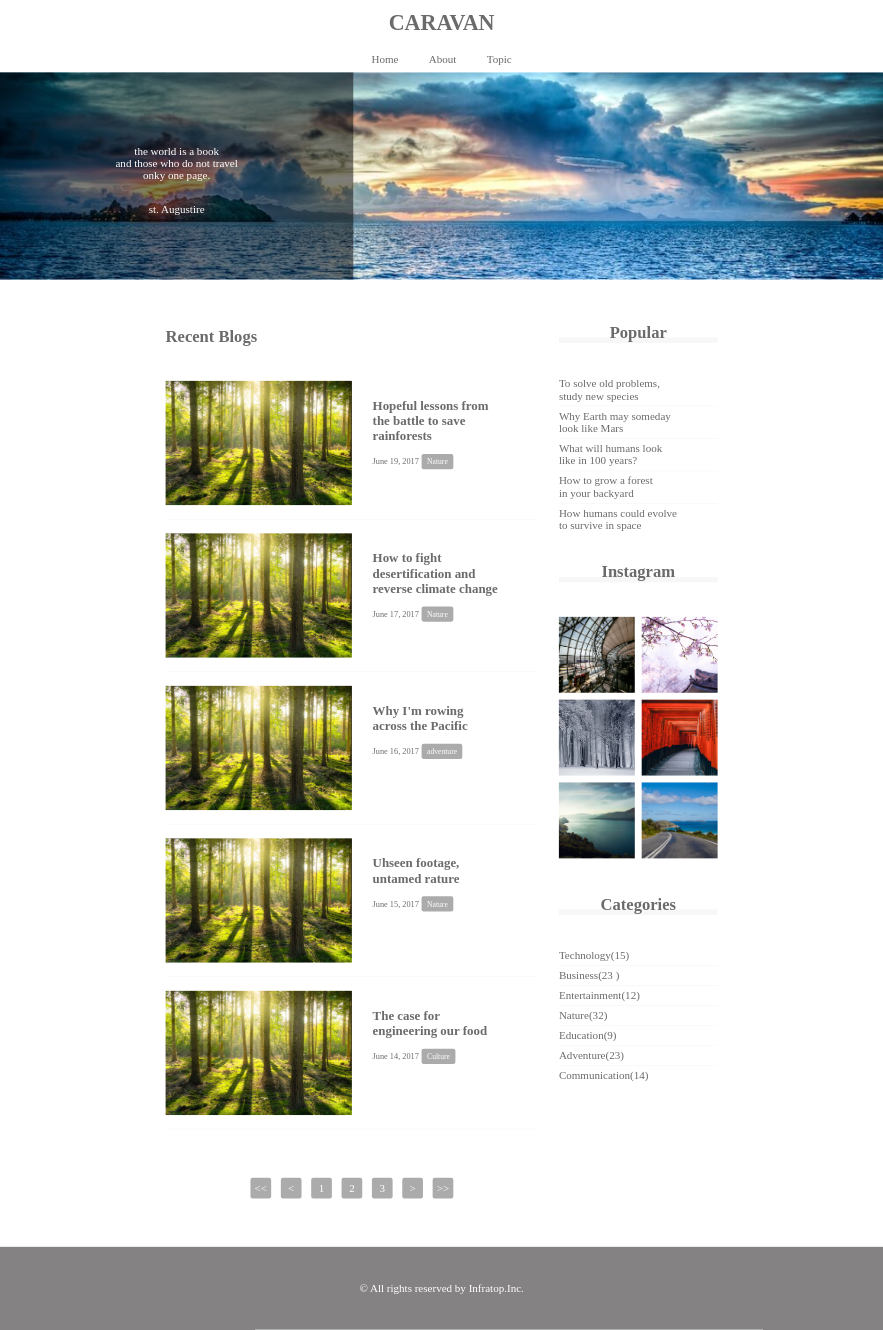
Repository: ishidaryu/ishidaryu
Page: caravan/index.html
The author's editor kept a record of every edit. The page is drawn from the files as they stood at one moment, then again after the next edit.
The browser window is 1280 px wide. The pictures show the whole page, at 69% of full size.

Above is the page before.

### caravan/index.html
<!DOCTYPE html>
<html lang="ja">

  <head>
      <meta charset="utf-8" />
      <link rel="stylesheet" href="style.css" />
      <title>CARAVAN</title>

  </head>

  <body>


    <header>
      <h1 class="heading">
        <a href="index.html">
        CARAVAN
        </a>
        </h1>
    </header>

    <nav>
      <ul class="nav-list">
        <li class="nav-list-item">
          <a href="index.html">Home</a>
        </li>
        <li class="nav-list-item">About</li>
        <li class="nav-list-item">Topic</li>
      </ul>
    </nav>

    <div class="main-visual">
        <div class="main-visual-content">
          <p class="main-visual-text">
            the world is a book<br />
            and those who do not travel<br />
            onky one page.
          </p>
          <p class="main-visual-name">
            st. Augustire
          </p>
        </div>
    </div>

    <main>
      <section class="blog">
        <h2 class="blog-heading">Recent Blogs</h2>
        <div class="blog-box"></div>
        <div class="blog-item">
          <img class="blog-image" src="img/forest.jpg" />
          <section class="blog-text">
            <h3 class="blog-text-heading">
              <a href="single.html">
                Hopeful lessons from<br />
                the battle to save<br />
                rainforests
              </a>
            </h3>
            <p class="blog-date">June 19, 2017</p>
            <span class="category">Nature</span>
          </section>
        </div>


        <div class="blog-item">
          <img class="blog-image" src="img/forest.jpg" />
          <section class="blog-text">
            <h3 class="blog-text-heading">
              <a href="single.html">
                How to fight<br />
                desertification  and<br />
                reverse climate change
              </a>
            </h3>
            <p class="blog-date">June 17, 2017</p>
            <span class="category">Nature</span>
          </section>
        </div>


        <div class="blog-item">
          <img class="blog-image" src="img/forest.jpg">
          <section class="blog-text">
            <h3 class="blog-text-heading">
              <a href="single.html">
                Why I'm rowing<br />

                across the Pacific
              </a>
            </h3>
            <p class="blog-date">June 16, 2017</p>
            <span class="category">adventure</span>
          </section>
        </div>


        <div class="blog-item">
          <img class="blog-image" src="img/forest.jpg">
          <section class="blog-text">
            <h3 class="blog-text-heading">
              <a href="single.html">
                Uhseen footage,<br />
                untamed rature
              </a>
            </h3>
            <p class="blog-date">June 15, 2017</p>
            <span class="category">Nature</span>
          </section>
        </div>


        <div class="blog-item">
          <img class="blog-image" src="img/forest.jpg">
          <section class="blog-text">
            <h3 class="blog-text-heading">
              <a href="single.html">
                The case for<br />
                engineering our food
              </a>
            </h3>
            <p class="blog-date">June 14, 2017</p>
            <span class="category">Culture</span>
          </section>
        </div>

        <div class="pagination">
          <p><<</p>
          <p><</p>
          <p>1</p>
          <p>2</p>
          <p>3</p>
          <p>></p>
          <p>>></p>
        </div>


        </section>

      <div class="sidebar">
        <section class="popular">
          <h2 class="popular-heading common-heading">Popular</h2>
          <div class="sidebar-contents">
            <p class="popular-text">To solve old problems,<br>study new species</p>
            <p class="popular-text">Why Earth may someday<br>look like Mars</p>
            <p class="popular-text">What will humans look<br>like in 100 years?</p>
            <p class="popular-text">How to grow a forest<br>in your backyard</p>
            <p class="popular-text">How humans could evolve<br>to survive in space</p>
          </div>
        </section>
        <section class="instagram">
          <h2 class="instagram-heading common-heading">Instagram</h2>
          <div class="sidebar-contents">
            <div class="instagram-box"></div>
            <div class="instagram-box"></div>
            <div class="instagram-box"></div>
            <div class="instagram-box"></div>
            <div class="instagram-box"></div>
            <div class="instagram-box"></div>
          </div>
        </section>

        <section class="categories">
          <h2 class="categories-heading common-heading">Categories</h2>
          <div class="sidebar-contents">
            <p class="categories-text">
              Technology(15)
              </p>
            <p class="categories-text">
              Business(23
              )</p>
            <p class="categories-text">
              Entertainment(12)
              </p>
            <p class="categories-text">
              Nature(32)</p>
            <p class="categories-text">
              Education(9)
              </p>
            <p class="categories-text">
              Adventure(23)
              </p>
            <p class="categories-text">
              Communication(14)
              </p>
          </div>
        </section>
      </div>

    </main>

    <footer>
      <p class="footer-text">© All rights reserved by Infratop.Inc.</p>
    </footer>

  </body>
</html>

### caravan/style.css
* {
  margin: 0;
  padding: 0;
  box-sizing: border-box;
  color: #6c6b6b;
}

a {
  text-decoration: none;
}

header {
  width: 90%;
  padding: 15px 0;
  margin: 0 auto;
  text-align: center;
}

header .heading {
  font-size: 32px;
}

.nav-list {
  text-align: center;
  padding: 10px 0;
  margin: 0 auto;
}

.nav-list-item {
  list-style: none;
  display: inline-block;
  margin: 0 20px;
}

.main-visual {
  width: 100%;
  height: 300px;
  background-image: url(img/mv.jpg);
  background-size: cover;
  background-position:center;
}

.main-visual-content {
  width: 40%;
  height: 300px;
  background-color: rgba(0, 0, 0, 0.5);
  text-align: center;
  padding-top: 105px;
}

.main-visual-text {
  color: #fff;
}

.main-visual-name {
  margin-top:30px;
  color:#fff;
}

main {
  width:800px;
  display: flex;
  justify-content: center;
  margin: 0 auto;
  padding: 70px 0;
}

.blog {
 width:540px;
 margin-right: 30px;
}

.blog-heding {
  border-bottom: 8px solid #f7f7f7;
  text-align:center;
  line-height: 0.6;
}

.blog-box {
  padding-top: 50px;
}

.blog-item {
  padding-bottom:20px;
  margin-bottom:20px;
  border-bottom:1px solid #f7f7f7;
  display: flex;
  justify-content: flex-start;
}

.blog-image {
  height:180px;
}

.blog-text {
  padding:25px 0 0 30px;
}

.blog-text-heading {
  padding-bottom: 15px;
}

.blog-date {
  font-size: 12px;
  display: inline-block;
}
.category {
  display: inline-block;
  padding: 5px 8px;
  background-color: #acabab;
  border-radius: 3px;
  color: #fff;
  font-size: 11px;
}

.pagination {
  text-align: center;
  padding-top: 50px;
}

.pagination p {
  display: inline-block;
  width:30px;
  height: 30px;
  margin: 0 5px;
  color: #fff;
  background-color: #acabab;
  border-radius: 3px;
  line-height:30px;
}
.sidebar {
 width:230px;
}

.common-heading {
  border-bottom: 8px solid #f7f7f7;
  text-align: center;
  line-height: 0.6;
}

.sidebar-contents {
  padding: 50px 0;
}

.popular-text,
.categories-text {
  padding-bottom: 5px;
  border-bottom: 1px solid #f7f7f7;
  margin-bottom: 5px;
}

.popular-text:last-child,
.categories-text:last-child {
  margin: 0;
  padding: 0;
  border: none;
}

.instagram .sidebar-contents {
  display: flex;
  flex-wrap: wrap;
}

.instagram-box {
  width: 110px;
  padding-top: 110px;
  background-size: cover;
  background-position: center;
  margin-bottom: 10px;
}

.instagram-box:nth-child(odd) {
  margin: 0 10px 10px 0;
}

.instagram-box:nth-child(1) {
  background-image: url(img/airport.jpg);
}

.instagram-box:nth-child(2) {
  background-image: url(img/japan.jpg);
}

.instagram-box:nth-child(3) {
  background-image: url(img/snow.jpg);
}

.instagram-box:nth-child(4) {
  background-image: url(img/japan2.jpg);
}

.instagram-box:nth-child(5) {
  background-image: url(img/lake.jpg);
}

.instagram-box:nth-child(6) {
  background-image: url(img/road.jpg);
}

footer {
  width: 100%;
  height: 120px;
  text-align: center;
  line-height: 120px;
  background-color: #848282;
}

.footer-text {
  color: #fff;
}

After the next edit:
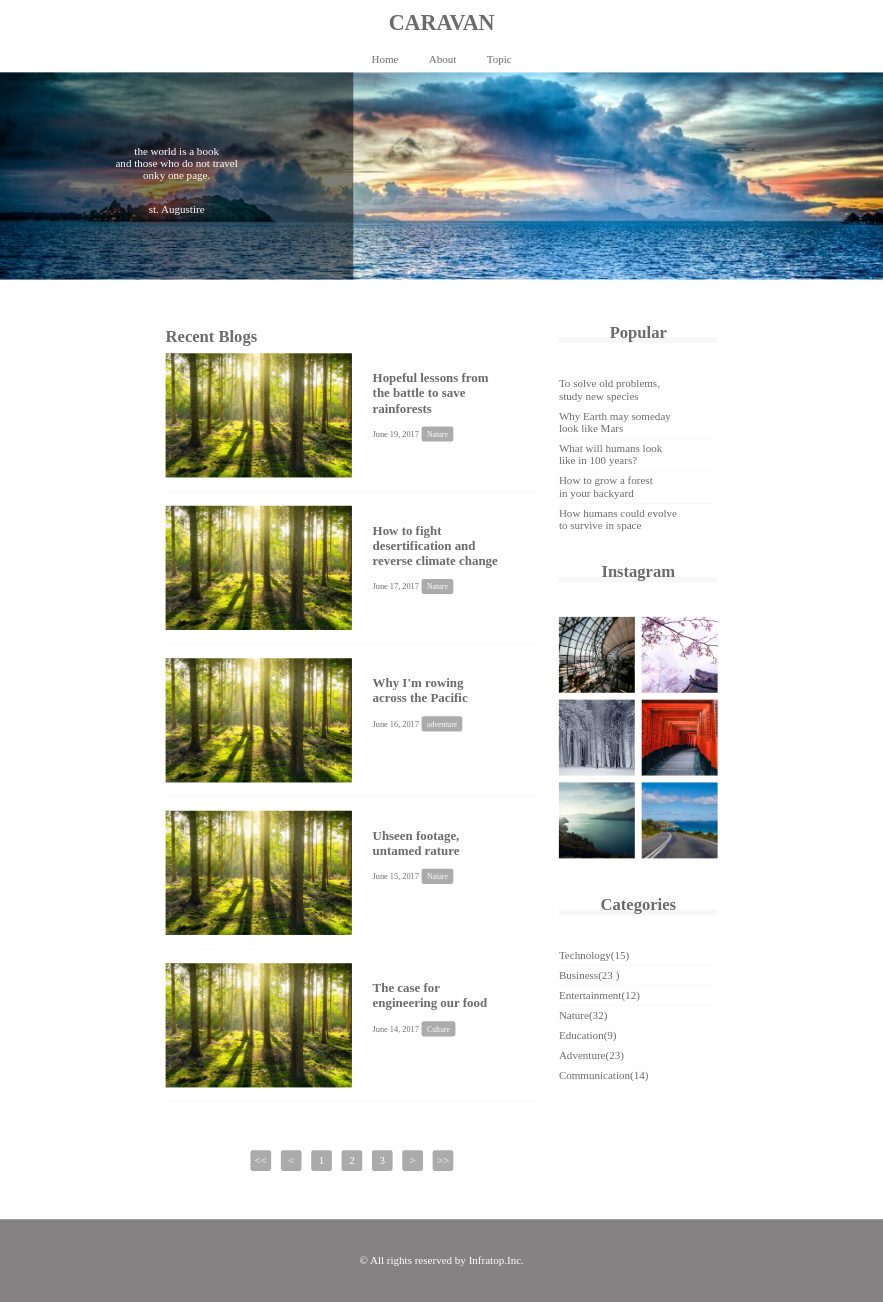
The edit:
--- a/caravan/style.css
+++ b/caravan/style.css
@@ -77,7 +77,7 @@
 }
 
 .blog-box {
-  padding-top: 50px;
+  padding-top: 10px;
 }
 
 .blog-item {
